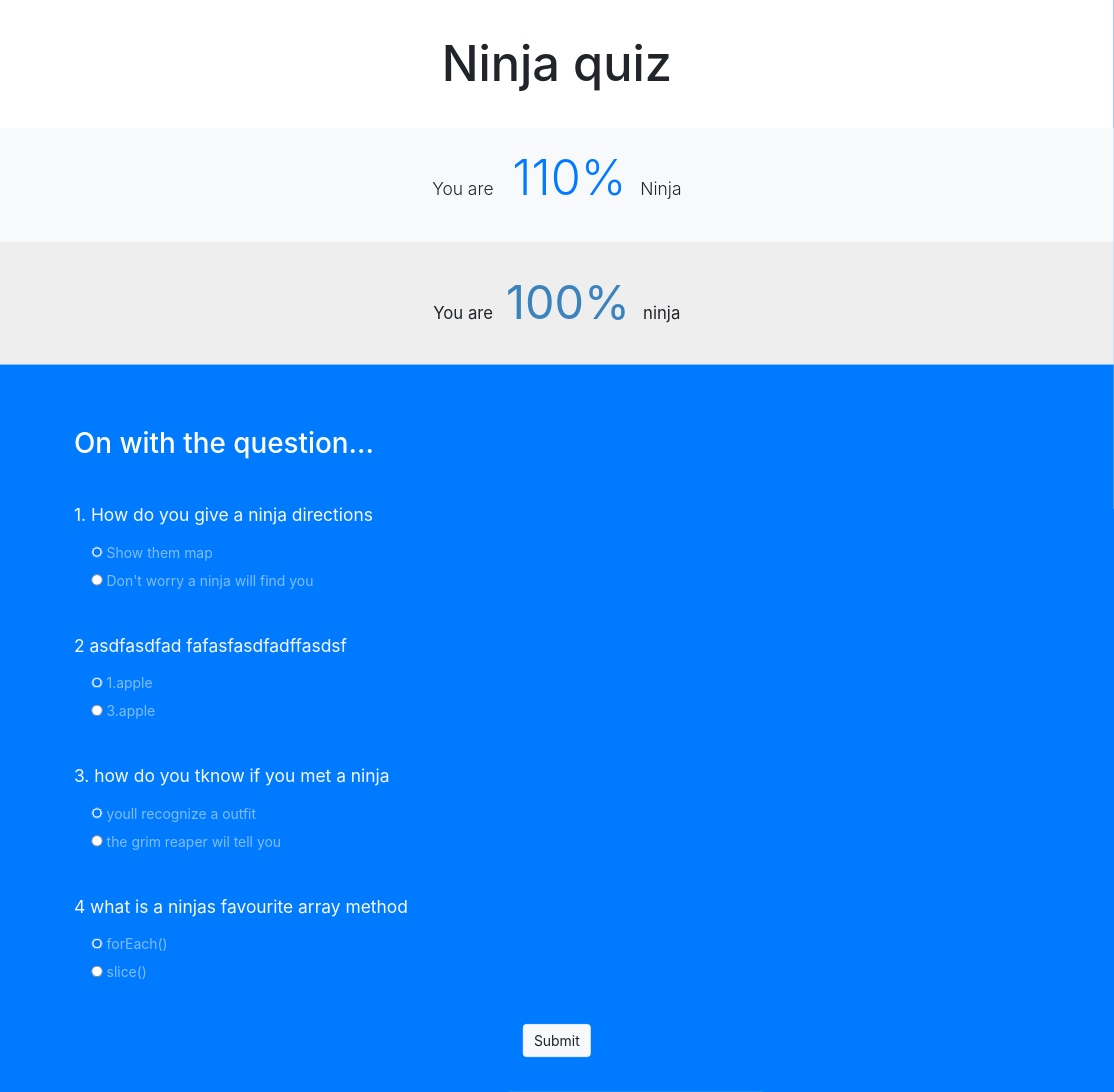
Repository: ajgors/config
Page: Nauka Js/Projekty/Quiz/index.html
The author's editor kept a copy of each file at every save. The page is drawn from the files as they stood at one save, then again after the next save.
The browser window is 1280 px wide. The pictures show the whole page, at 87% of full size.

Above is the page before, as saved 2019-08-11 18:24:50.

After the next save:
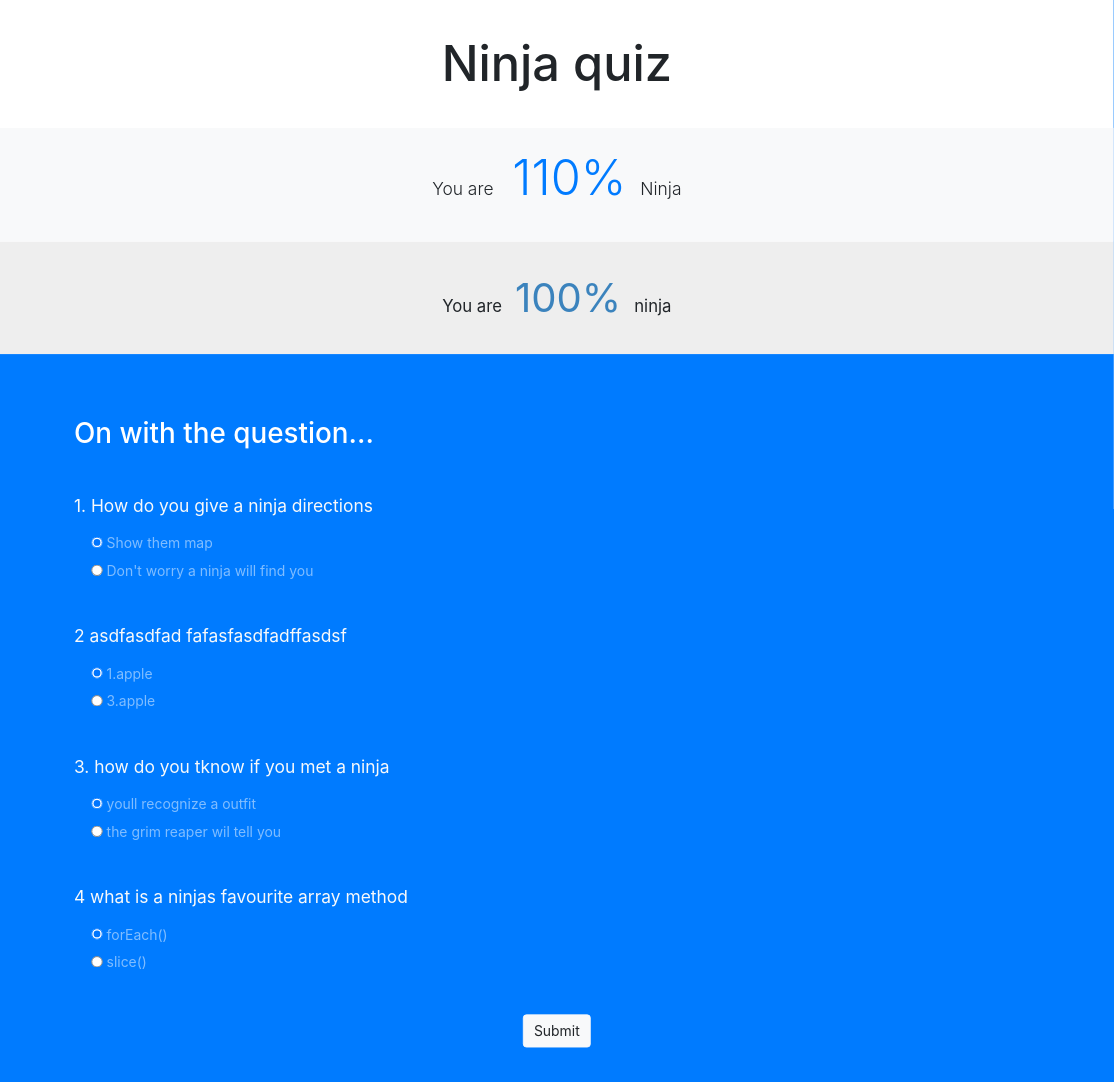
Saved 4 s later.
--- a/Nauka Js/Projekty/Quiz/css.css
+++ b/Nauka Js/Projekty/Quiz/css.css
@@ -19,7 +19,7 @@
     font-size: 1.2em
 }
 .result__span{
-    font-size: 2.8em;
+    font-size: 2.4em;
     padding: 15px;
     color:#3b83bd;
 }
